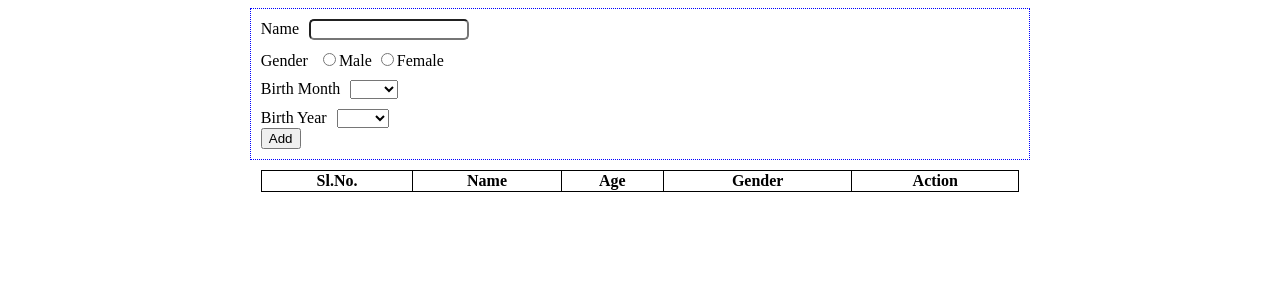
Repository: tysonpaul89/vue-student-crud
Page: /
An editor plug-in stored every save of this project. The page is shown before and after the next save, followed by the edit.
The browser window is 1280 px wide. The pictures show the whole page.
The project was rebuilt for these pictures with package versions that can differ from the ones it lists, and the page was loaded fresh each time.

Above is the page before, as saved 2020-04-11 11:29:15.

After the next save:
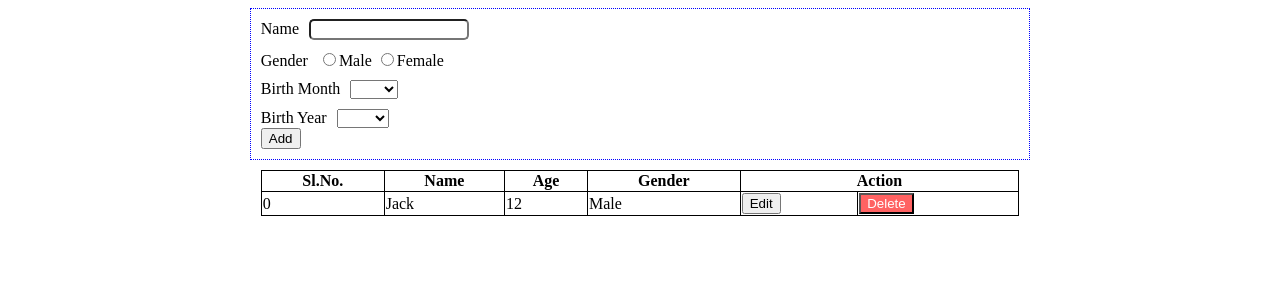
Saved 33 s later.
--- a/src/App.vue
+++ b/src/App.vue
@@ -18,6 +18,7 @@ export default {
   data() {
     return {
       students: [
+        { id:1, name: 'Jack', age: 12, gender: 'Male', birthMonth: 7, birthYear: 2008 },
       ],
       formType: 'create'
     }
